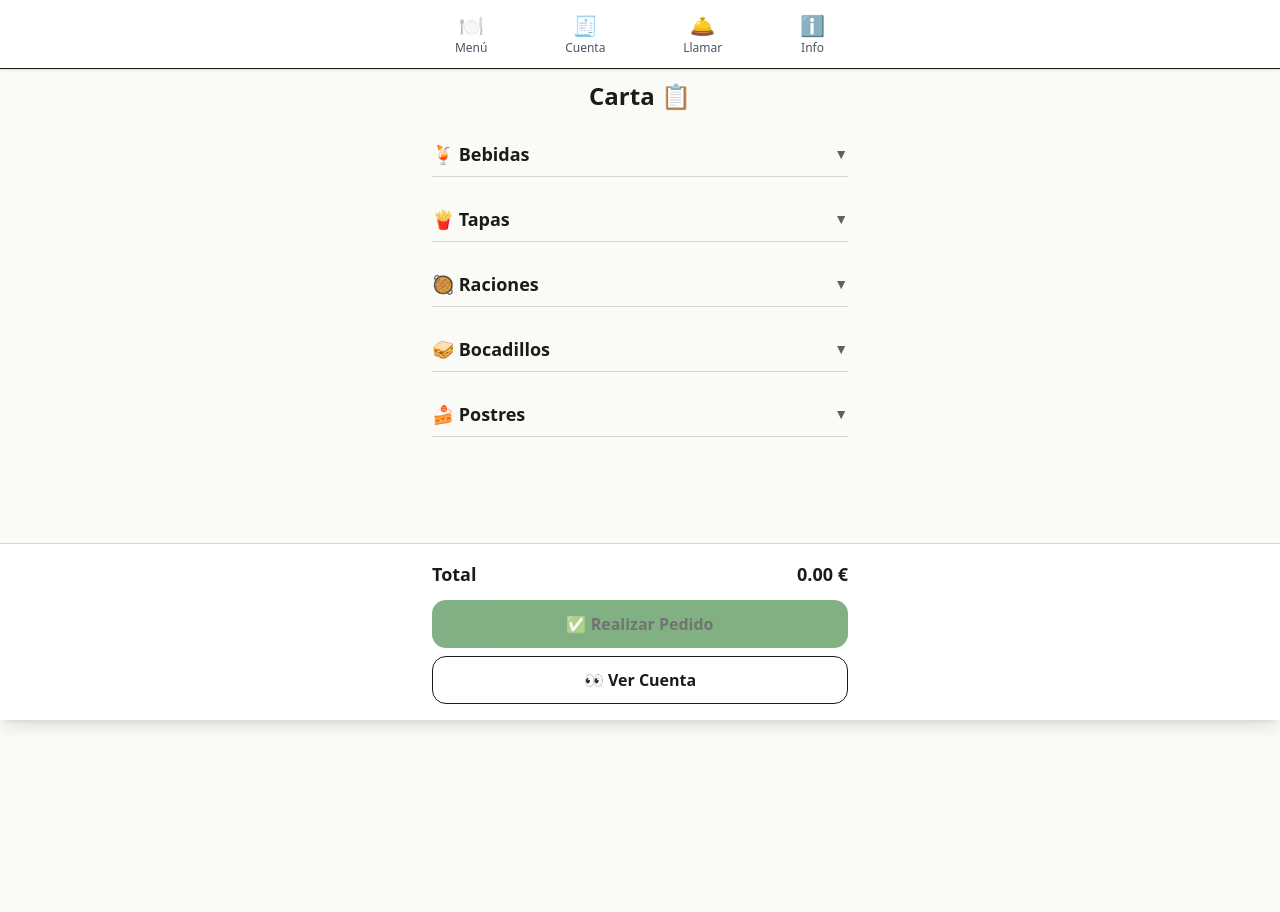
Repository: jrcardenas/sirvaapp
Page: /menu
The author's editor kept a copy of each file at every save. The page is drawn from the files as they stood at one save, then again after the next save.
The browser window is 1280 px wide. The pictures show the whole page.
The project was rebuilt for these pictures with package versions that can differ from the ones it lists, and the page was loaded fresh each time. The framework's server and built-in components were replaced by stand-ins that run in the browser. Also part of the build but not shown: next.config.ts.

Above is the page before, as saved 2025-11-02 22:01:33.

After the next save:
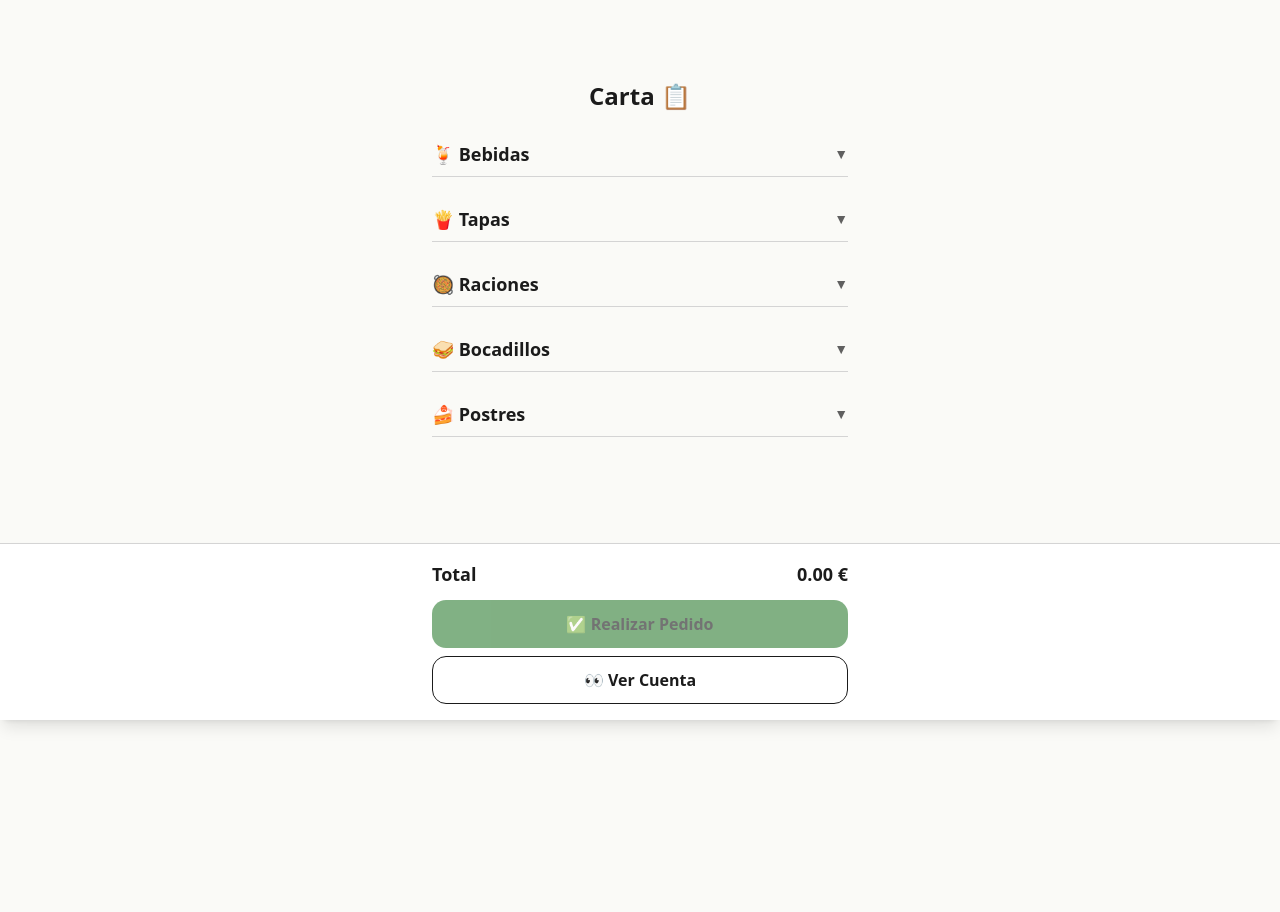
Saved 34 s later.
--- a/app/components/layout/Header.tsx
+++ b/app/components/layout/Header.tsx
@@ -7,6 +7,9 @@ export default function Header() {
   const pathname = usePathname();
   const params = useParams();
   const mesaId = params?.id;
+
+  // ✅ Si NO es una ruta con mesa → No mostrar Header
+  if (!pathname.startsWith("/mesa/")) return null;
 
   const navItems = [
     {
@@ -36,7 +39,7 @@ export default function Header() {
       <nav className="flex justify-around max-w-md mx-auto text-sm">
         {navItems.map((item) => (
           <Link
-            key={item.href}
+            key={item.href + item.label}
             href={item.href}
             className={`flex flex-col items-center transition ${
               pathname === item.href
